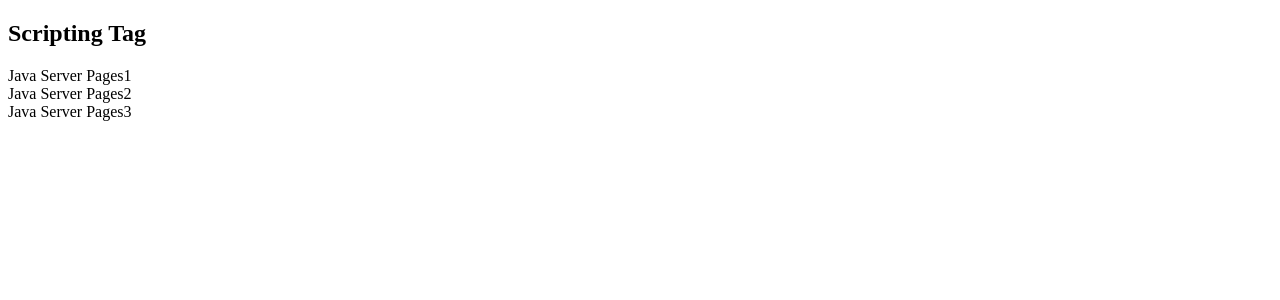
Repository: MegiLove/jspStudy
Page: http://localhost/WebMarket/scripting.jsp
An editor plug-in stored every save of this project. The page is shown before and after the next save, followed by the edit.
The browser window is 1280 px wide. The pictures show the whole page.
The page is served by Tomcat 9.

Above is the page before, as saved 2021-12-10 03:26:07.

After the next save:
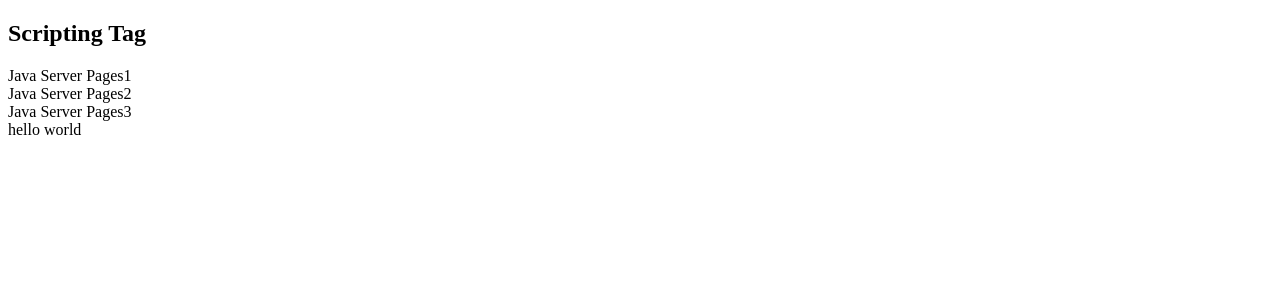
Saved 5 min 13 s later.
--- a/WebMarket/src/main/webapp/scripting.jsp
+++ b/WebMarket/src/main/webapp/scripting.jsp
@@ -20,5 +20,6 @@
 			out.println("Java Server Pages"+i+"<br>");
 		}
 	%>
+	<%=makeItLower("Hello World")%>
 </body>
 </html>
